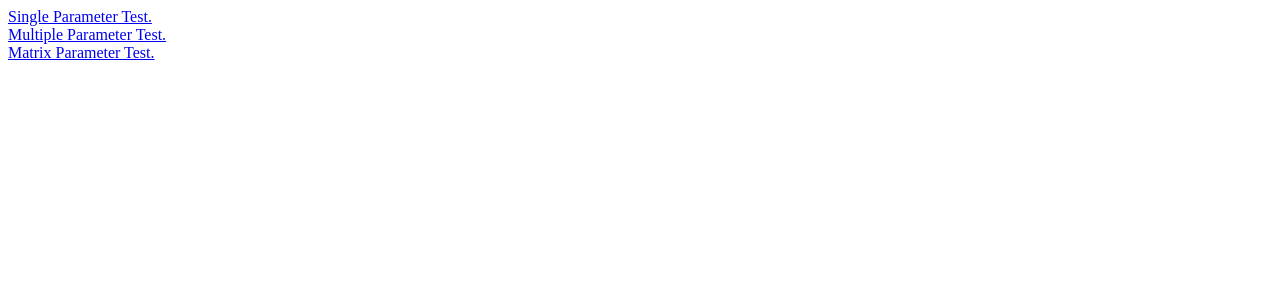
Repository: 563728/JAX-rest
Page: http://localhost/JavaRestPath003/
The author's editor kept a copy of each file at every save. The page is drawn from the files as they stood at one save, then again after the next save.
The browser window is 1280 px wide. The pictures show the whole page.
The page is served by Tomcat 9. Other server files are loaded and not shown.

Above is the page before, as saved 2018-05-16 06:38:53.

### JavaRestPath003/WebContent/index.jsp
<!DOCTYPE HTML PUBLIC "-//W3C//DTD HTML 4.01 Transitional//EN">
<html>
  <head>
    <title>WS Test</title>
  </head>

  <body>
   <a href="rest/jax/003">Single Parameter Test.
   </a>
   <br/>
   <a href="rest/jax/adhi/Param/1st/003">Multiple Parameter Test.
   </a>
    <br/>
   <a href="rest/jax/adhi;class=Param;rollNo=1st;id=003">Matrix Parameter Test.
  <!-- <a href="rest/jax/adhi;class=12th">Matrix Parameter Test. -->
   </a>
  </body>
</html>

After the next save:
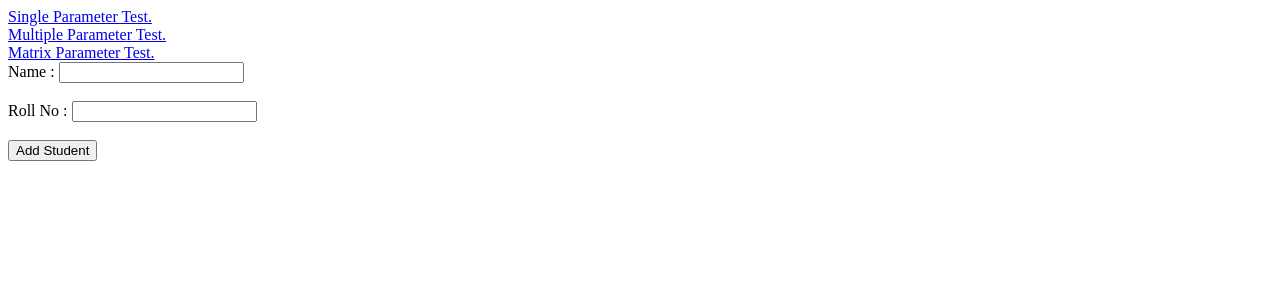
Saved 2 min 30 s later.
--- a/JavaRestPath003/WebContent/index.jsp
+++ b/JavaRestPath003/WebContent/index.jsp
@@ -14,5 +14,13 @@
    <a href="rest/jax/adhi;class=Param;rollNo=1st;id=003">Matrix Parameter Test.
   <!-- <a href="rest/jax/adhi;class=12th">Matrix Parameter Test. -->
    </a>
+
+   <form action="services/student/add" method="post">
+	Name : <input type="text" name="name" />
+	<br/><br/>
+	Roll No : <input type="text" name="rollNo" />
+	<br/><br/>
+	<input type="submit" value="Add Student" />
+ </form>
   </body>
 </html>
